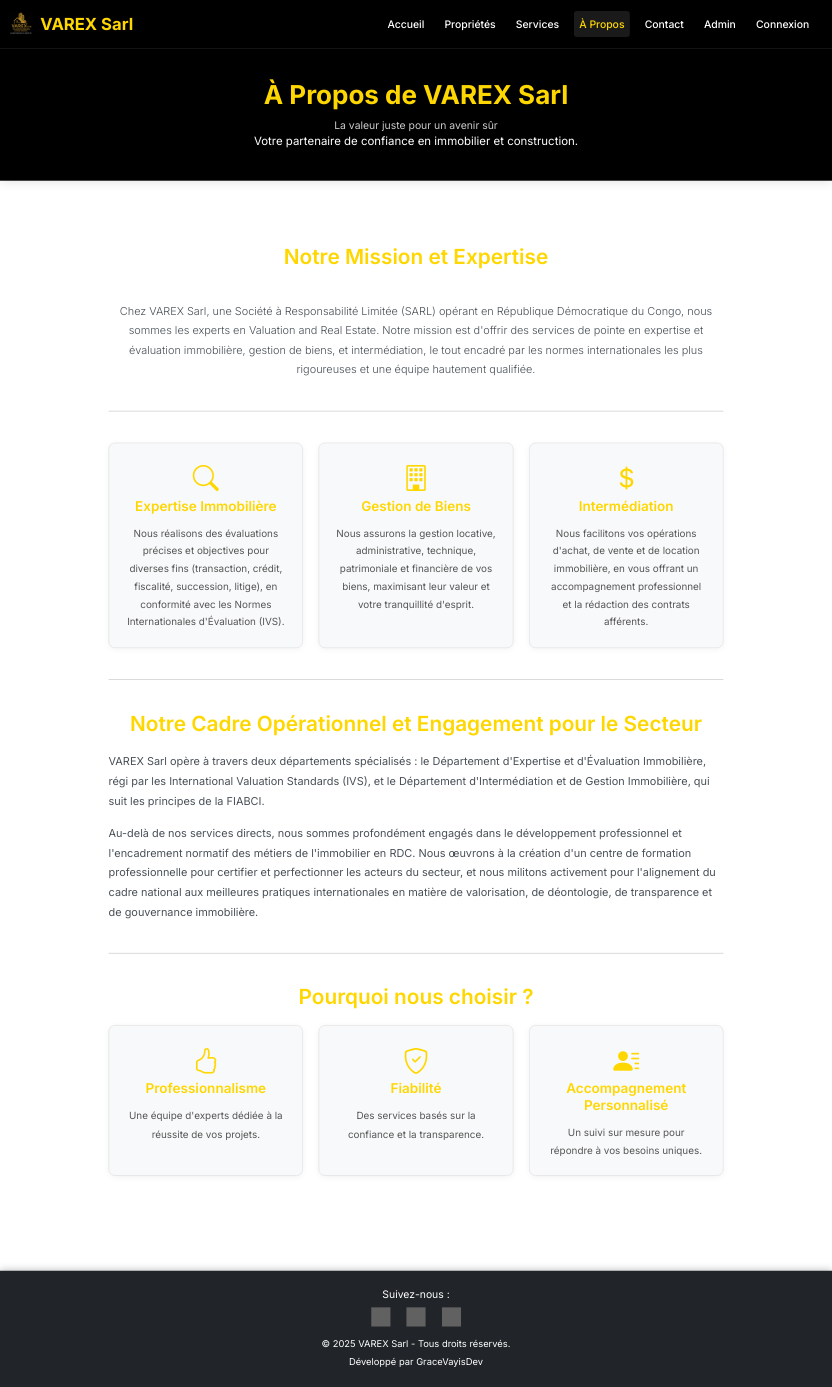
Repository: gradi243/catine
Page: apropos.html
The author's editor kept a copy of each file at every save. The page is drawn from the files as they stood at one save, then again after the next save.
The browser window is 1280 px wide. The pictures show the whole page, at 65% of full size.
Pictures or frames that could not be fetched are drawn as grey boxes.

Above is the page before, as saved 2025-07-01 00:34:24.

After the next save:
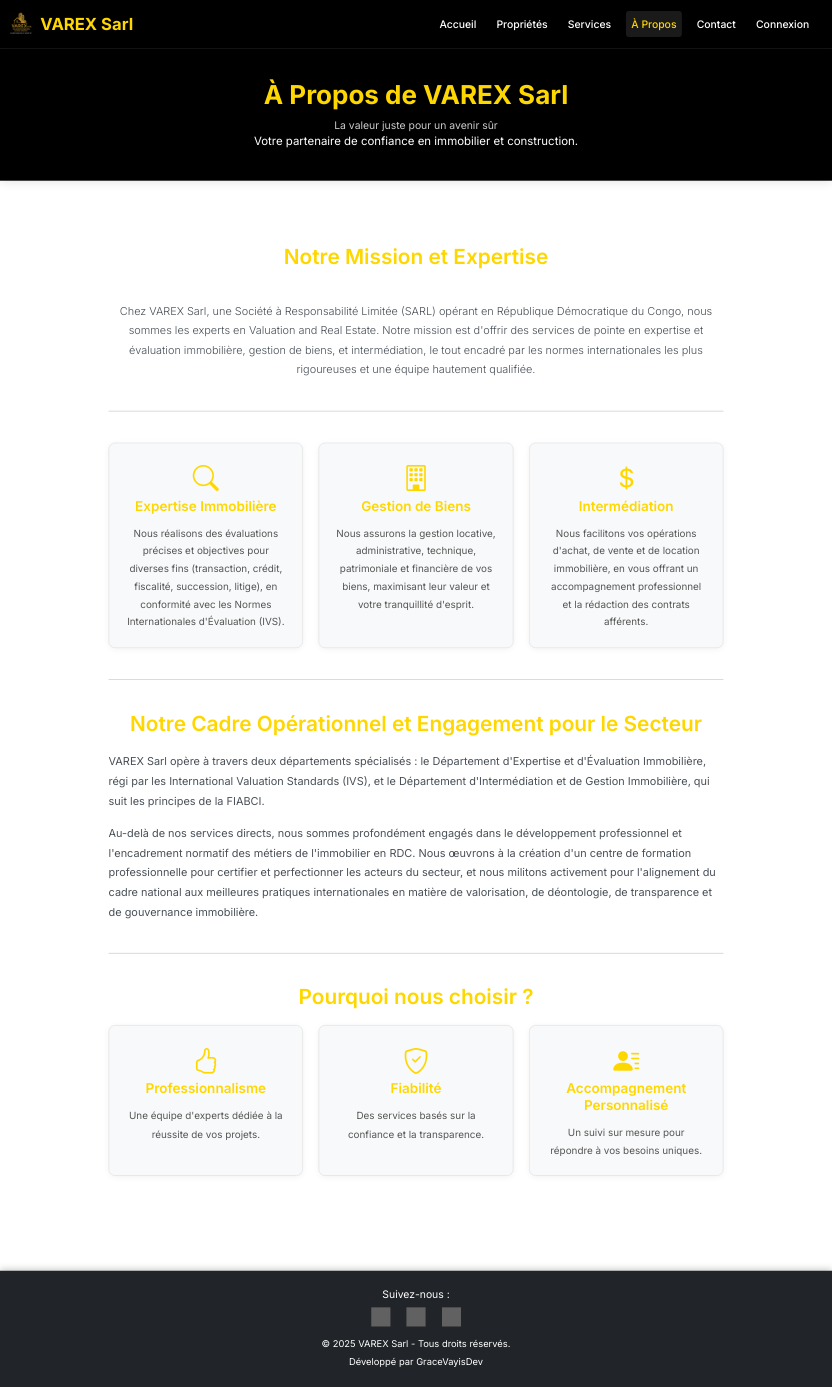
Saved 5 h 19 min later.
--- a/apropos.html
+++ b/apropos.html
@@ -231,10 +231,10 @@
             <ul class="navbar-nav ms-auto">
                 <li class="nav-item"><a class="nav-link" href="index.html">Accueil</a></li>
                 <li class="nav-item"><a class="nav-link" href="categorie.html">Propriétés</a></li>
-                <li class="nav-item"><a class="nav-link" href="services.html">Services</a></li>
+                <li class="nav-item"><a class="nav-link" href="service.html">Services</a></li>
                 <li class="nav-item"><a class="nav-link active" aria-current="page" href="apropos.html">À Propos</a></li>
                 <li class="nav-item"><a class="nav-link" href="contact.html">Contact</a></li>
-                <li class="nav-item"><a class="nav-link" href="admin/index.html">Admin</a></li>
+
                 <li class="nav-item"><a class="nav-link" href="login.html">Connexion</a></li>
             </ul>
         </div>
